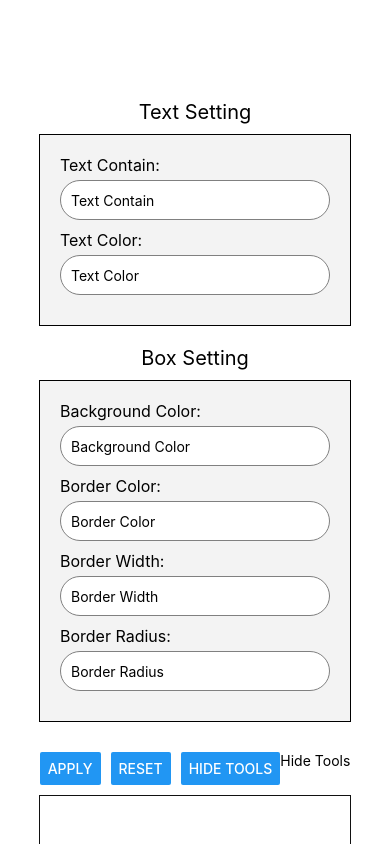
Repository: amirjavadikia/mobile-projectg
Screen: /
An editor plug-in stored every save of this project. The screen is shown before and after the next save, followed by the edit.
An inner scrolling area shows only its first screen. The app was drawn by React Native's web renderer in a window 390 px wide. The project was rebuilt for these pictures with package versions that can differ from the ones it lists, and the page was loaded fresh each time.

Above is the screen before, as saved 2024-05-14 22:11:40.

After the next save:
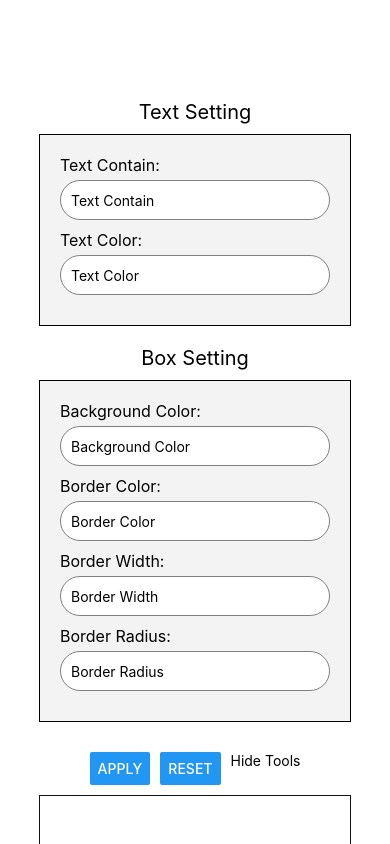
Saved 7 s later.
--- a/App.tsx
+++ b/App.tsx
@@ -225,9 +225,6 @@ const App = () => {
                 </View>
                 </>
               )}
-              <View style={styles.showButton}>
-              <Button title={showTools ? "Hide Tools" : "Show Tools"} onPress={handleToggleTools} />
-              </View>
               <TouchableOpacity
                onPress={handleToggleTools}
                style={styles.showButton}
